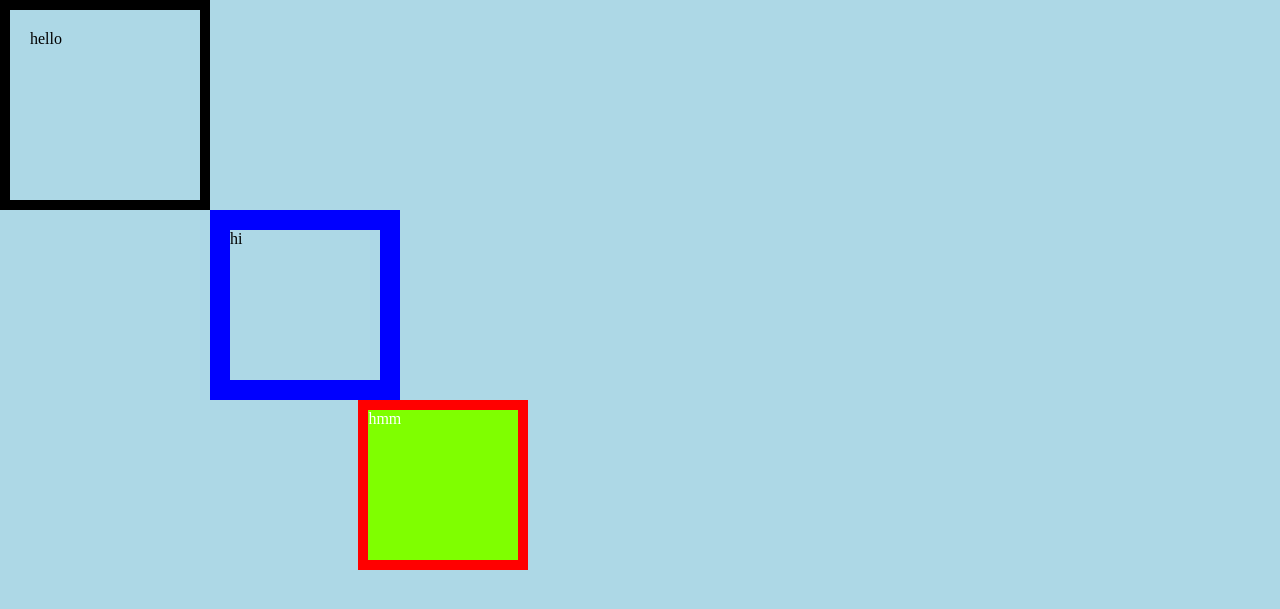
Repository: Sushant203/myPersonalSite
Page: index.html
An editor plug-in stored every save of this project. The page is shown before and after the next save, followed by the edit.
The browser window is 1280 px wide. The pictures show the whole page.

Above is the page before, as saved 2022-12-04 18:20:33.

After the next save:
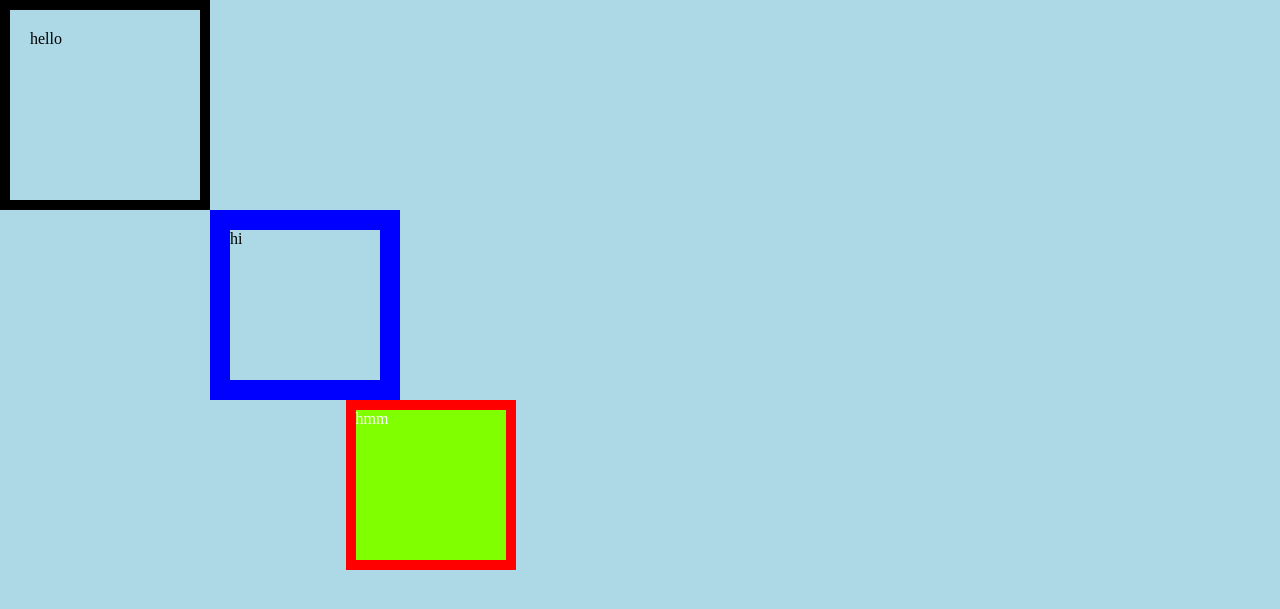
Saved 4 s later.
--- a/css/style.css
+++ b/css/style.css
@@ -24,5 +24,5 @@
     color: white;
     height: 150px;
     width: 150px;
-    margin-left: 28%;
+    margin-left: 27%;
 }
